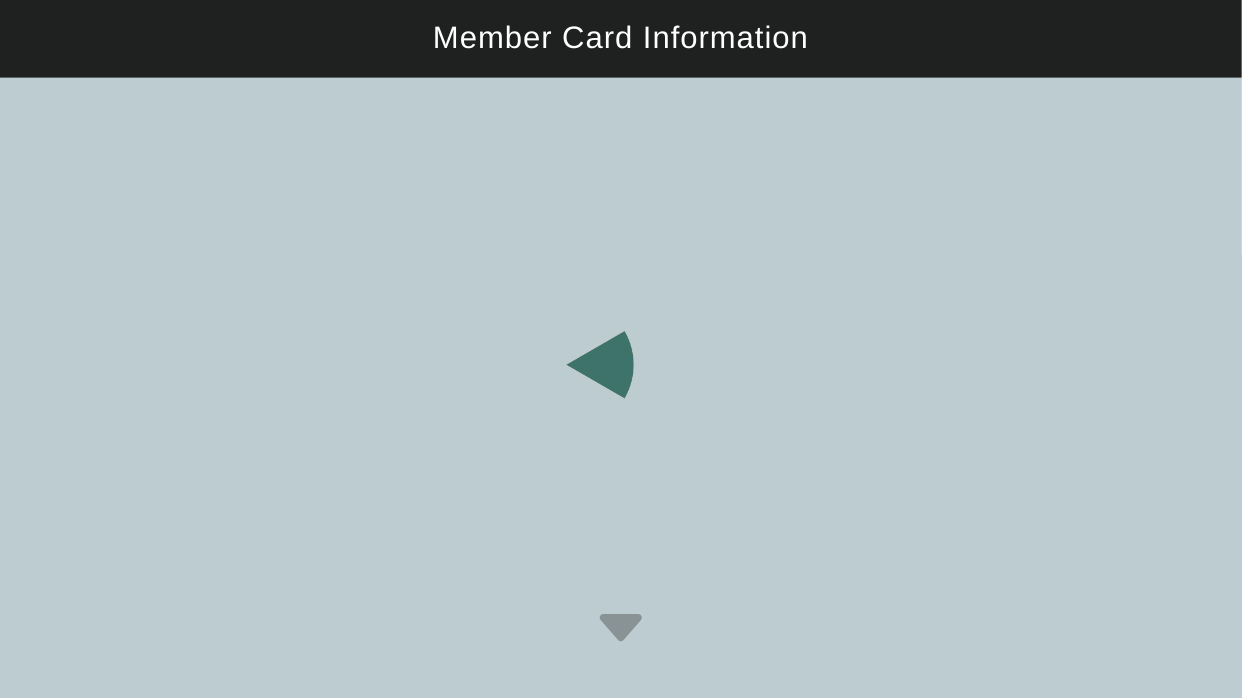
Repository: Leooook/lzhao-fed-test
Page: /
These files come from the project's save history. The page is drawn as it stood at one moment and after the next save; the edit follows.
The browser window is 1280 px wide. The pictures show the whole page, at 97% of full size.
The page's requests for data from a server got no answer. The project was rebuilt for these pictures with package versions that can differ from the ones it lists, and the page was loaded fresh each time. No one was signed in, and anything a server would have sent is missing. Also part of the build but not shown: src/components/detail.jsx.

Above is the page before, as saved 2021-03-15 21:50:06.

### src/index.html
<!DOCTYPE html>
<html lang="en">
	<head>
		<meta charset="utf-8" />
		<meta http-equiv="X-UA-Compatible" content="IE=edge,chrome=1" />
		<title>Member Card Info</title>
		<meta name="description" content="" />
		<meta name="viewport" content="width=device-width, initial-scale=1.0, maximum-scale=1.0, user-scalable=no" />
	</head>
	<body>
		<div id="root" class="react-root"></div>
	</body>
</html>

### src/App.js
import React, {useState} from 'react';
import {BsCaretDownFill} from 'react-icons/bs'

import './App.css'
import Header from './components/header.jsx'
import Feature from './components/feature.jsx'

export default function App() {
  const [featureAmount, setFeatureAmount] = useState([1])

  const setFeature = () => {
    setFeatureAmount(featureAmount => {return [...featureAmount, 1]})
  }

	return (
    <div className='app'>
      <Header />
      {
        featureAmount.map((key) => <Feature key = {key}/>)
      }
      <BsCaretDownFill className='add-feature' onClick={() => setFeature()}/>
    </div>
  )
}

### src/App.css
* {
	margin: 0;
	padding: 0;
	box-sizing: border-box;
}
:root {
	--nav-black: rgba(14, 14, 14, 0.897);
	--white: #ffffff;
	--light-blue: rgb(189, 204, 208);
	--grey: rgb(145, 145, 145);
	--light-grey: rgb(209, 209, 209);
}
/* app */
.app {
	max-width: 100vw;
	min-height: 100vh;
	background-color: var(--light-blue);
}
.add-feature {
	position: relative;
	color: rgba(65, 65, 65, 0.418);
	width: 60px;
	height: 60px;
	margin: 30px auto 0 auto;
	display: block;
	cursor: pointer;
	animation: upAndDown 3s ease-in-out infinite;
}
.add-feature:active {
	transform: scale(1.1);
	transition: all 1s ease;
}
@keyframes upAndDown {
	0% {
		bottom: 0;
	}
	50% {
		bottom: 10px;
	}
	100% {
		bottom: 0;
	}
}
/* end of app */
/* header */
.header {
	background-color: var(--nav-black);
	height: 80px;
	padding: 20px;
	margin-bottom: 80px;
	font-size: 2rem;
	font-family: 'Franklin Gothic Medium', 'Arial Narrow', Arial, sans-serif;
	text-align: center;
	color: var(--white);
	letter-spacing: 1px;
}
@media screen and (max-width: 500px) {
	.header {
		margin-bottom: 30px;
		padding: 30px;
		font-size: 1.4rem;
	}
}
/* end of header */
/* loader */
.load {
	width: 100%;
}
.loadPic {
	width: 20vh;
  height: 20vh;
	margin: 20vh 40%;
}
/* end of loader */
/* feature */
.feature {
	margin-top: -65px;
	padding: 60px 8%;
	display: grid;
	grid-template-columns: repeat(auto-fill, minmax(450px, 1fr));
	grid-row-gap: 50px;
	grid-column-gap: 80px;
}
@media screen and (max-width: 500px) {
	.feature {
		padding: 30px 20px;
		display: initial;
	}
}
/* end of feature */
/* detail */
.detail {
	margin: auto;
	padding: 10px 20px;
	width: 450px;
	height: 240px;
	background: hsla(0, 0%, 100%, .3);
	border-radius: 6px;
	box-shadow: 0 6px 20px 6px rgba(0, 0, 0, 0.207);
	display: flex;
	align-items: center;
	cursor: pointer;
	transition: all linear 0.2s;
}
.detail:hover {
	transform: scale(1.05);
	box-shadow: 0 10px 30px 10px rgba(0, 0, 0, 0.207);
}
.left-section {
	width: calc(40% - 20px);
	margin-right: 10%;
}
.right-section {
	width: clac(50% - 20px);
}
.detail-pic {
	margin: 0 auto;
	height: 140px;
	width: 140px;
	border-radius: 50%;
	box-shadow: 0 0 10px 8px var(--light-grey);
}
.detail-info {
	margin-bottom: 10px;
}
.detail-name {
	font-family: 'Playfair Display', serif;
	font-weight: bold;
	font-size: 1.3rem;
}
.detail-name2 {
	font-weight: 100;
	font-size: 0.9rem;
	color: rgb(82, 82, 82);
	font-style: oblique;
}
.detail-sex-date {
	display: flex;
}
.detail-date {
	margin-right: 13px;
}
.detail-font {
	font-family: 'Source Sans Pro', sans-serif;
	font-size: 0.8rem;
}
@media screen and (max-width: 500px) {
	.detail {
		margin-bottom: 30px;
		width: 90vw;
		height: 50vw;
	}
	.detail-pic {
		height: 100px;
		width: 100px;
	}
	.detail-info {
		margin-bottom: 6px;
	}
	.detail-name {
		font-size: 1rem;
	}
	.detail-name2 {
		font-size: 0.8rem;
	}
	.detail-date {
		margin-right: 8px;
	}
	.detail-font {
		font-size: 0.75rem;
	}
}
/* end of detail */

### src/components/header.jsx
import React, { Component } from 'react'

class Header extends Component {
	render() {
		return <section className="header">Member Card Information</section>
	}
}

export default Header

### src/components/feature.jsx
import React, { Component } from 'react'

import Loader from './loader.jsx'
import Detail from './detail.jsx'

class Feature extends Component {
	state = {
		dataSet: [],
		dataAmount: 6
	}

	fetchData = () => {
		fetch('https://randomuser.me/api/', {
			method: 'GET'
		})
			.then((response) => response.json())
			.then((data) => {
				let dataSet = this.state.dataSet
				dataSet.push(data.results[0])
				this.setState({ dataSet })
			})
			.catch((error) => {
				console.error('Error:', error)
			})
	}

	componentDidMount() {
		for (let i = 0; i < this.state.dataAmount; i++) {
			this.fetchData()
		}
	}

	render() {
		if (this.state.dataSet.length === 0 || this.state.dataSet.length % 6 !== 0) {
			return <Loader />
		} else {
			return (
				<section className="feature">
					{this.state.dataSet.map((each, key) => <Detail key={key} data={each} />)}
				</section>
			)
		}
	}
}

export default Feature

### src/components/loader.jsx
import React from 'react'

import loadPic from '../images/load.gif'

function Loader() {
	return (
		<section className="load">
			<img src={loadPic} className="loadPic" alt="load" />
		</section>
	)
}

export default Loader

Loaded but not shown: src/index.js (common file)

After the next save:
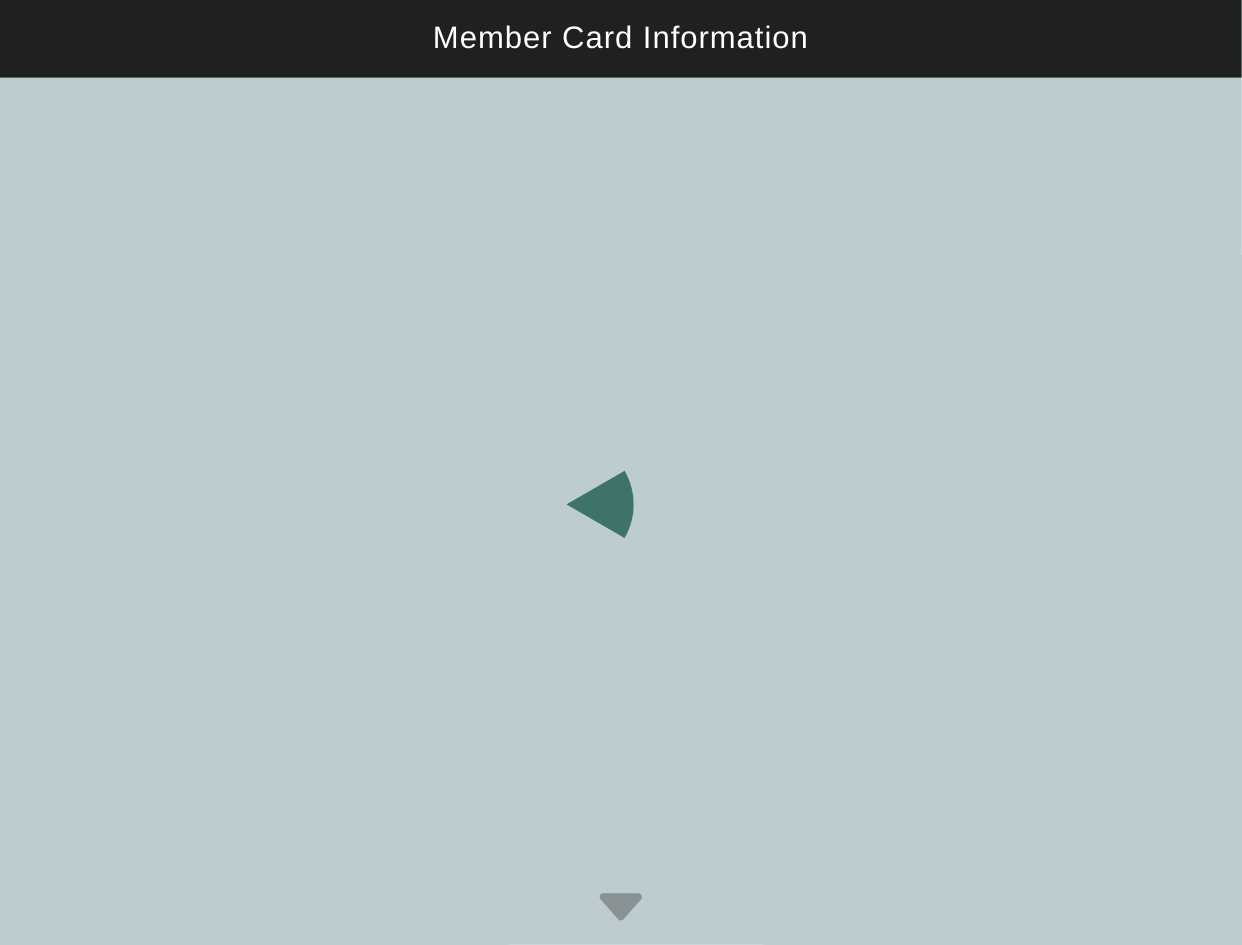
Saved 8 s later.
--- a/src/App.css
+++ b/src/App.css
@@ -69,7 +69,7 @@
 .loadPic {
 	width: 20vh;
   height: 20vh;
-	margin: 20vh 40%;
+	margin: 40vh 40%;
 }
 /* end of loader */
 /* feature */
